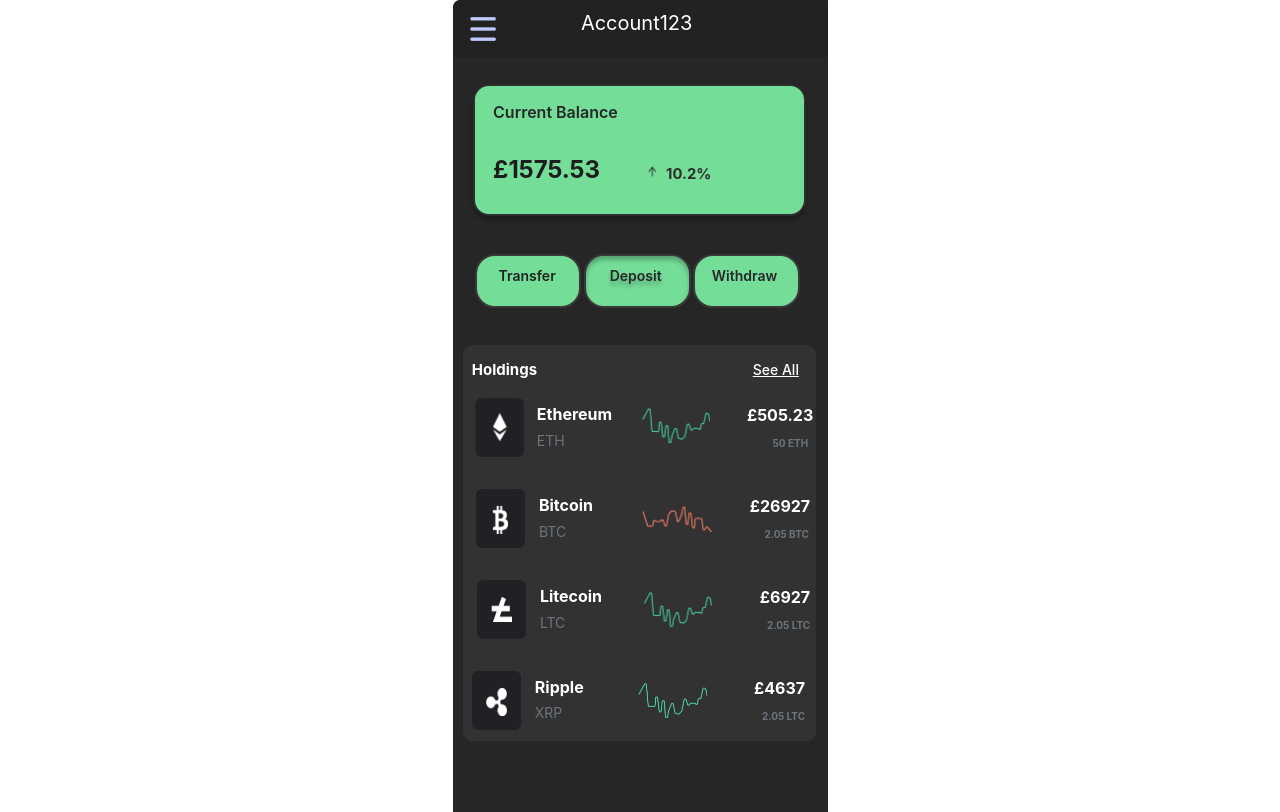
Repository: krishbains/CryptoWallet
Page: /
These files come from the project's save history. The page is drawn as it stood at one moment and after the next save; the edit follows.
The browser window is 1280 px wide. The pictures show the whole page.
The project was rebuilt for these pictures with package versions that can differ from the ones it lists, and the page was loaded fresh each time.

Above is the page before, as saved 2024-03-28 15:46:50.

### src/App.js
import './App.css';
import BasePage from './components/basepage/basepage';
// import StartingPage from './components/startingpage/startingpage';

function App() {
  return (
    <div className="App">
      <BasePage/>
      {/* <StartingPage/> */}
    </div>
  );
}

export default App;

### src/components/basepage/basepage.jsx
import React from 'react';
import "./base_page.css"

export default function BasePage() {
  return (
    <div className='main-container'>
      <div className='main-frame-background'>
        <div className='account-bar'>
          <span className='account'>Account123</span>
          <div className='vector' />
        </div>
        <div className='rectangle'>
          <div className='flex-column-be'>
            <span className='current-balance'>Current Balance</span>
            <span className='currency'>£1575.53</span>
          </div>
          <span className='percentage'>10.2%</span>
          <div className='arrow-up' />
        </div>
        <div className='flex-row-afb'>
          <div className='transfer-button'>
            <span className='transfer'>Transfer</span>
          </div>
          <div className='deposit-button'>
            <span className='deposit'>Deposit</span>
          </div>
          <div className='receive-button'>
            <span className='withdraw'>Withdraw</span>
          </div>
        </div>
        <div className='holdings-background'>
          <div className='flex-row'>
            <span className='holdings'>Holdings</span>
            <span className='see-all'>See All</span>
          </div>
          <div className='flex-row-fa'>
            <div className='eth-icon' />
            <span className='pound-amount'>£505.23</span>
            <span className='ethereum'>Ethereum</span>
            <div className='graph-eth' />
            <span className='eth'>ETH</span>
            <span className='eth-amount'>50 ETH</span>
          </div>
          <div className='flex-row-eed'>
            <div className='rectangle-1'>
              <div className='bitcoin-logo'>
                <div className='group'>
                  <div className='vector-2' />
                </div>
              </div>
            </div>
            <span className='pound-amount-3'>£26927</span>
            <span className='bitcoin'>Bitcoin</span>
            <div className='graph-btc' />
            <span className='btc'>BTC</span>
            <span className='btc-amount'>2.05 BTC</span>
          </div>
          <div className='flex-row-d'>
            <div className='rectangle-4'>
              <div className='vector-5' />
            </div>
            <span className='pound'>£6927</span>
            <span className='bitcoin-litecoin'>Litecoin</span>
            <div className='graph-eth-6' />
            <span className='ltc'>LTC</span>
            <span className='ltc-amount'>2.05 LTC</span>
          </div>
          <div className='flex-row-cdef'>
            <div className='rectangle-7'>
              <div className='xrp-alt'>
                <div className='xrp' />
              </div>
            </div>
            <span className='pound-8'>£4637</span>
            <span className='ripple'>Ripple</span>
            <div className='graph-eth-9' />
            <span className='btc-a'>XRP</span>
            <span className='ltc-b'>2.05 LTC</span>
          </div>
        </div>
      </div>
    </div>
  );
}

### src/components/basepage/base_page.css
:root {
  --default-font-family: -apple-system, BlinkMacSystemFont, "Segoe UI", Roboto,
    Ubuntu, "Helvetica Neue", Helvetica, Arial, "PingFang SC",
    "Hiragino Sans GB", "Microsoft Yahei UI", "Microsoft Yahei",
    "Source Han Sans CN", sans-serif;
}

.main-container {
  overflow: hidden;
}

.main-container,
.main-container * {
  box-sizing: border-box;
}

input,
select,
textarea,
button {
  outline: 0;
}

.main-container {
  position: relative;
  width: 375px;
  height: 812px;
  margin: 0 auto;
}
.main-frame-background {
  position: relative;
  width: 390px;
  height: 844px;
  margin: 0 0 0 0;
  background: #262626;
  z-index: 1;
  overflow: visible auto;
  border-radius: 7px;
}
.account-bar {
  position: relative;
  width: 375px;
  height: 58px;
  margin: 0 0 0 0;
  background: #222222;
  z-index: 3;
  border-radius: 7px 7px 0 0;
}
.account {
  display: flex;
  align-items: flex-start;
  justify-content: flex-start;
  position: absolute;
  height: 47.455px;
  top: 5.273px;
  left: 128.397px;
  color: #ffffff;
  font-family: Kantumruy, var(--default-font-family);
  font-size: 20px;
  font-weight: 400;
  line-height: 36.133px;
  text-align: left;
  white-space: nowrap;
  z-index: 4;
}
.vector {
  position: absolute;
  width: 7.07%;
  height: 40.91%;
  top: 29.55%;
  left: 4.62%;
  background: url(../assets/images/45246d70-5334-4404-8daa-30d76e51f1e5.png)
    no-repeat center;
  background-size: 100% 100%;
  z-index: 6;
}
.rectangle {
  position: relative;
  width: 333.22px;
  height: 131.818px;
  margin: 26.364px 0 0 20.38px;
  background: #74dd98;
  border: 2px solid #2e2e2e;
  z-index: 60;
  border-radius: 16px;
  box-shadow: 0 4px 4px 0 rgba(0, 0, 0, 0.25);
}
.flex-column-be {
  position: absolute;
  width: 40.67%;
  height: 76%;
  top: 10.48%;
  left: 5.52%;
  font-size: 0px;
  z-index: 65;
}
.current-balance {
  display: block;
  position: relative;
  height: 31.636px;
  margin: 0 0 0 0;
  color: #272727;
  font-family: Poppins, var(--default-font-family);
  font-size: 16px;
  font-weight: 600;
  line-height: 24px;
  text-align: left;
  white-space: nowrap;
  z-index: 65;
}
.currency {
  display: block;
  position: relative;
  height: 47.455px;
  margin: 21.091px 0 0 0;
  color: #1d1d1d;
  font-family: Poppins, var(--default-font-family);
  font-size: 24px;
  font-weight: 700;
  line-height: 36px;
  text-align: left;
  white-space: nowrap;
  z-index: 64;
}
.percentage {
  display: flex;
  align-items: center;
  justify-content: flex-start;
  position: absolute;
  height: 23.727px;
  top: 77.091px;
  right: 92.769px;
  color: #2e2e2e;
  font-family: Inter, var(--default-font-family);
  font-size: 14.819188117980957px;
  font-weight: 700;
  line-height: 17.935px;
  text-align: left;
  white-space: nowrap;
  z-index: 62;
}
.arrow-up {
  position: absolute;
  width: 3.68%;
  height: 12.04%;
  top: 60.34%;
  left: 52%;
  background: url(../assets/images/10aa10bc-5b7c-4b32-8284-2e646e5b7f8e.png)
    no-repeat center;
  background-size: 100% 100%;
  z-index: 63;
  overflow: hidden;
  border-radius: 16px;
}
.flex-row-afb {
  display: flex;
  align-items: center;
  justify-content: space-between;
  position: relative;
  width: 324.736px;
  height: 50.091px;
  margin: 39.545px 0 0 22.418px;
  z-index: 57;
}
.transfer-button {
  flex-shrink: 0;
  position: relative;
  width: 102.589px;
  height: 50.091px;
  background: #74dd98;
  border: 2px solid #393939;
  z-index: 57;
  border-radius: 20px;
  box-sizing: content-box;
}
.transfer {
  display: flex;
  align-items: flex-start;
  justify-content: flex-start;
  position: absolute;
  height: 25.045px;
  top: 11.864px;
  left: 21.702px;
  color: #222222;
  font-family: Inter, var(--default-font-family);
  font-size: 14px;
  font-weight: 600;
  line-height: 16.943px;
  text-align: left;
  white-space: nowrap;
  z-index: 58;
}
.deposit-button {
  flex-shrink: 0;
  position: relative;
  width: 102.589px;
  height: 50.091px;
  background: #74dd98;
  border: 2px solid #393939;
  z-index: 54;
  border-radius: 20px;
  box-sizing: content-box;
  box-shadow: 0 4px 4px 0 rgba(0, 0, 0, 0.25) inset;
}
.deposit {
  display: flex;
  align-items: flex-start;
  justify-content: flex-start;
  position: absolute;
  height: 25.045px;
  top: 11.864px;
  left: 23.674px;
  color: #28272a;
  font-family: Inter, var(--default-font-family);
  font-size: 14px;
  font-weight: 600;
  line-height: 16.943px;
  text-align: left;
  white-space: nowrap;
  z-index: 55;
  text-shadow: 0 4px 4px rgba(0, 0, 0, 0.25);
}
.receive-button {
  flex-shrink: 0;
  position: relative;
  width: 102.589px;
  height: 50.091px;
  background: #74dd98;
  border: 2px solid #393939;
  z-index: 51;
  border-radius: 20px;
  box-sizing: content-box;
}
.withdraw {
  display: flex;
  align-items: flex-start;
  justify-content: flex-start;
  position: absolute;
  height: 25.045px;
  top: 11.864px;
  left: 16.77px;
  color: #28272a;
  font-family: Inter, var(--default-font-family);
  font-size: 14px;
  font-weight: 600;
  line-height: 16.943px;
  text-align: left;
  white-space: nowrap;
  z-index: 52;
}
.holdings-background {
  position: relative;
  width: 353.601px;
  height: 395.455px;
  margin: 39.545px 0 0 10.19px;
  background: url(../assets/images/080edce0-6464-4538-901a-cff2fcb1b786.png)
    no-repeat center;
  background-size: cover;
  z-index: 46;
  overflow: visible auto;
}
.flex-row {
  display: flex;
  align-items: center;
  justify-content: space-between;
  position: relative;
  width: 327.106px;
  height: 26.364px;
  margin: 14.5px 0 0 9.171px;
  z-index: 48;
}
.holdings {
  flex-shrink: 0;
  position: relative;
  height: 26.364px;
  color: #ffffff;
  font-family: Poppins, var(--default-font-family);
  font-size: 15px;
  font-weight: 700;
  line-height: 20px;
  text-align: left;
  white-space: nowrap;
  z-index: 48;
}
.see-all {
  flex-shrink: 0;
  position: relative;
  height: 21.091px;
  color: #ffffff;
  font-family: Poppins, var(--default-font-family);
  font-size: 14px;
  font-weight: 500;
  line-height: 16px;
  text-align: left;
  text-decoration: underline;
  white-space: nowrap;
  z-index: 47;
}
.flex-row-fa {
  position: relative;
  width: 338.315px;
  height: 59.318px;
  margin: 11.864px 0 0 12.228px;
  z-index: 45;
}
.eth-icon {
  position: absolute;
  width: 14.46%;
  height: 100%;
  top: 0;
  left: 0;
  background: url(../assets/images/b7ec6f21-89a5-45ad-a6ac-5ef64cc5c58f.png)
    no-repeat center;
  background-size: 100% 100%;
  z-index: 44;
}
.pound-amount {
  display: flex;
  align-items: center;
  justify-content: flex-start;
  position: absolute;
  height: 31.636px;
  top: 1.318px;
  right: 0;
  color: #ffffff;
  font-family: Poppins, var(--default-font-family);
  font-size: 16px;
  font-weight: 700;
  line-height: 24px;
  text-align: left;
  white-space: nowrap;
  z-index: 41;
}
.ethereum {
  display: flex;
  align-items: flex-start;
  justify-content: flex-start;
  position: absolute;
  height: 53.33%;
  top: 6.67%;
  left: 18.31%;
  color: #ffffff;
  font-family: Poppins, var(--default-font-family);
  font-size: 16px;
  font-weight: 700;
  line-height: 24px;
  text-align: left;
  white-space: nowrap;
  z-index: 43;
}
.graph-eth {
  position: absolute;
  width: 68.054px;
  height: 34.744px;
  top: 10.34px;
  left: 167.178px;
  background: url(../assets/images/f28026c0-2074-47fa-8fcf-f2ae30d66aa1.png)
    no-repeat center;
  background-size: cover;
  z-index: 45;
}
.eth {
  display: flex;
  align-items: flex-start;
  justify-content: flex-start;
  position: absolute;
  height: 46.67%;
  top: 53.33%;
  left: 18.31%;
  color: #6c757d;
  font-family: Poppins, var(--default-font-family);
  font-size: 14px;
  font-weight: 400;
  line-height: 21px;
  text-align: left;
  white-space: nowrap;
  z-index: 42;
}
.eth-amount {
  display: flex;
  align-items: center;
  justify-content: flex-start;
  position: absolute;
  height: 19.773px;
  top: 35.591px;
  right: 5.095px;
  color: #6c757d;
  font-family: Poppins, var(--default-font-family);
  font-size: 10px;
  font-weight: 700;
  line-height: 15px;
  text-align: left;
  white-space: nowrap;
  z-index: 40;
}
.flex-row-eed {
  position: relative;
  width: 334.239px;
  height: 59.318px;
  margin: 31.636px 0 0 13.247px;
  z-index: 35;
}
.rectangle-1 {
  position: absolute;
  width: 48.913px;
  height: 59.318px;
  top: 0;
  left: 0;
  background: #212125;
  z-index: 34;
  border-radius: 6px;
}
.bitcoin-logo {
  position: relative;
  width: 22.418px;
  height: 29px;
  margin: 15.818px 0 0 13.247px;
  z-index: 36;
  overflow: hidden;
}
.group {
  position: relative;
  width: 16.199px;
  height: 29px;
  margin: 0 0 0 3.109px;
  z-index: 37;
}
.vector-2 {
  position: absolute;
  width: 100%;
  height: 100%;
  top: 0;
  left: 0;
  background: url(../assets/images/91116894-a53a-42bc-a648-6d4736a95ef9.png)
    no-repeat center;
  background-size: 100% 100%;
  z-index: 38;
}
.pound-amount-3 {
  display: flex;
  align-items: center;
  justify-content: flex-start;
  position: absolute;
  height: 31.636px;
  top: 1.318px;
  right: 0;
  color: #ffffff;
  font-family: Poppins, var(--default-font-family);
  font-size: 16px;
  font-weight: 700;
  line-height: 24px;
  text-align: left;
  white-space: nowrap;
  z-index: 29;
}
.bitcoin {
  display: flex;
  align-items: flex-start;
  justify-content: flex-start;
  position: absolute;
  height: 53.33%;
  top: 6.67%;
  left: 18.85%;
  color: #ffffff;
  font-family: Poppins, var(--default-font-family);
  font-size: 16px;
  font-weight: 700;
  line-height: 24px;
  text-align: left;
  white-space: nowrap;
  z-index: 32;
}
.graph-btc {
  position: absolute;
  width: 69.773px;
  height: 25.811px;
  top: 16.871px;
  left: 166.11px;
  background: url(../assets/images/b357d26c-909c-44e7-9281-c4edeaf9df15.png)
    no-repeat center;
  background-size: cover;
  z-index: 35;
}
.btc {
  display: flex;
  align-items: flex-start;
  justify-content: flex-start;
  position: absolute;
  height: 46.67%;
  top: 53.33%;
  left: 18.85%;
  color: #6c757d;
  font-family: Poppins, var(--default-font-family);
  font-size: 14px;
  font-weight: 400;
  line-height: 21px;
  text-align: left;
  white-space: nowrap;
  z-index: 31;
}
.btc-amount {
  display: flex;
  align-items: center;
  justify-content: flex-start;
  position: absolute;
  height: 19.773px;
  top: 35.591px;
  right: 1.235px;
  color: #6c757d;
  font-family: Poppins, var(--default-font-family);
  font-size: 10px;
  font-weight: 700;
  line-height: 15px;
  text-align: left;
  white-space: nowrap;
  z-index: 30;
}
.flex-row-d {
  position: relative;
  width: 333.22px;
  height: 59.318px;
  margin: 31.636px 0 0 14.266px;
  z-index: 26;
}
.rectangle-4 {
  position: absolute;
  width: 48.913px;
  height: 59.318px;
  top: 0;
  left: 0;
  background: #212125;
  z-index: 26;
  border-radius: 6px;
}
.vector-5 {
  position: relative;
  width: 20.38px;
  height: 26.364px;
  margin: 15.818px 0 0 14.266px;
  background: url(../assets/images/54097542-4e6a-4b7e-aa89-15c2462a3a01.png)
    no-repeat center;
  background-size: 100% 100%;
  z-index: 27;
}
.pound {
  display: flex;
  align-items: center;
  justify-content: flex-start;
  position: absolute;
  height: 31.636px;
  top: 1.318px;
  right: 0;
  color: #ffffff;
  font-family: Poppins, var(--default-font-family);
  font-size: 16px;
  font-weight: 700;
  line-height: 24px;
  text-align: left;
  white-space: nowrap;
  z-index: 21;
}
.bitcoin-litecoin {
  display: flex;
  align-items: flex-start;
  justify-content: flex-start;
  position: absolute;
  height: 53.33%;
  top: 6.67%;
  left: 18.9%;
  color: #ffffff;
  font-family: Poppins, var(--default-font-family);
  font-size: 16px;
  font-weight: 700;
  line-height: 24px;
  text-align: left;
  white-space: nowrap;
  z-index: 24;
}
.graph-eth-6 {
  position: absolute;
  width: 68.054px;
  height: 34.744px;
  top: 12.411px;
  left: 166.619px;
  background: url(../assets/images/5a5ba27f-919b-4bf2-a698-b63f6a62aeda.png)
    no-repeat center;
  background-size: cover;
  z-index: 20;
}
.ltc {
  display: flex;
  align-items: flex-start;
  justify-content: flex-start;
  position: absolute;
  height: 46.67%;
  top: 53.33%;
  left: 18.9%;
  color: #6c757d;
  font-family: Poppins, var(--default-font-family);
  font-size: 14px;
  font-weight: 400;
  line-height: 21px;
  text-align: left;
  white-space: nowrap;
  z-index: 23;
}
.ltc-amount {
  display: flex;
  align-items: center;
  justify-content: flex-start;
  position: absolute;
  height: 19.773px;
  top: 35.591px;
  right: 0px;
  color: #6c757d;
  font-family: Poppins, var(--default-font-family);
  font-size: 10px;
  font-weight: 700;
  line-height: 15px;
  text-align: left;
  white-space: nowrap;
  z-index: 22;
}
.flex-row-cdef {
  position: relative;
  width: 333.22px;
  height: 59.318px;
  margin: 31.636px 0 0 9.171px;
  z-index: 16;
}
.rectangle-7 {
  position: absolute;
  width: 48.913px;
  height: 59.318px;
  top: 0;
  left: 0;
  background: #212125;
  z-index: 16;
  border-radius: 6px;
}
.xrp-alt {
  position: relative;
  width: 22.418px;
  height: 29px;
  margin: 15.818px 0 0 13.247px;
  z-index: 17;
  overflow: hidden;
}
.xrp {
  position: relative;
  width: 21.219px;
  height: 28.881px;
  margin: 0.12px 0 0 0.59px;
  background: url(../assets/images/051f1be4-0ac0-4825-8185-528ab2f2c210.png)
    no-repeat center;
  background-size: 100% 100%;
  z-index: 18;
}
.pound-8 {
  display: flex;
  align-items: center;
  justify-content: flex-start;
  position: absolute;
  height: 31.636px;
  top: 1.318px;
  right: 0px;
  color: #ffffff;
  font-family: Poppins, var(--default-font-family);
  font-size: 16px;
  font-weight: 700;
  line-height: 24px;
  text-align: left;
  white-space: nowrap;
  z-index: 11;
}
.ripple {
  display: flex;
  align-items: flex-start;
  justify-content: flex-start;
  position: absolute;
  height: 53.33%;
  top: 6.67%;
  left: 18.9%;
  color: #ffffff;
  font-family: Poppins, var(--default-font-family);
  font-size: 16px;
  font-weight: 700;
  line-height: 24px;
  text-align: left;
  white-space: nowrap;
  z-index: 14;
}
.graph-eth-9 {
  position: absolute;
  width: 68.054px;
  height: 34.744px;
  top: 12.411px;
  left: 166.619px;
  background: url(../assets/images/47c54188-5354-4b07-969a-d62b24e173eb.png)
    no-repeat center;
  background-size: cover;
  z-index: 10;
}
.btc-a {
  display: flex;
  align-items: flex-start;
  justify-content: flex-start;
  position: absolute;
  height: 46.67%;
  top: 53.33%;
  left: 18.9%;
  color: #6c757d;
  font-family: Poppins, var(--default-font-family);
  font-size: 14px;
  font-weight: 400;
  line-height: 21px;
  text-align: left;
  white-space: nowrap;
  z-index: 13;
}
.ltc-b {
  display: flex;
  align-items: center;
  justify-content: flex-start;
  position: absolute;
  height: 19.773px;
  top: 35.591px;
  right: 0;
  color: #6c757d;
  font-family: Poppins, var(--default-font-family);
  font-size: 10px;
  font-weight: 700;
  line-height: 15px;
  text-align: left;
  white-space: nowrap;
  z-index: 12;
}

Loaded but not shown: public/index.html (common file); src/index.js (common file); src/index.css (common file); src/reportWebVitals.js (common file); src/App.css (common file)

After the next save:
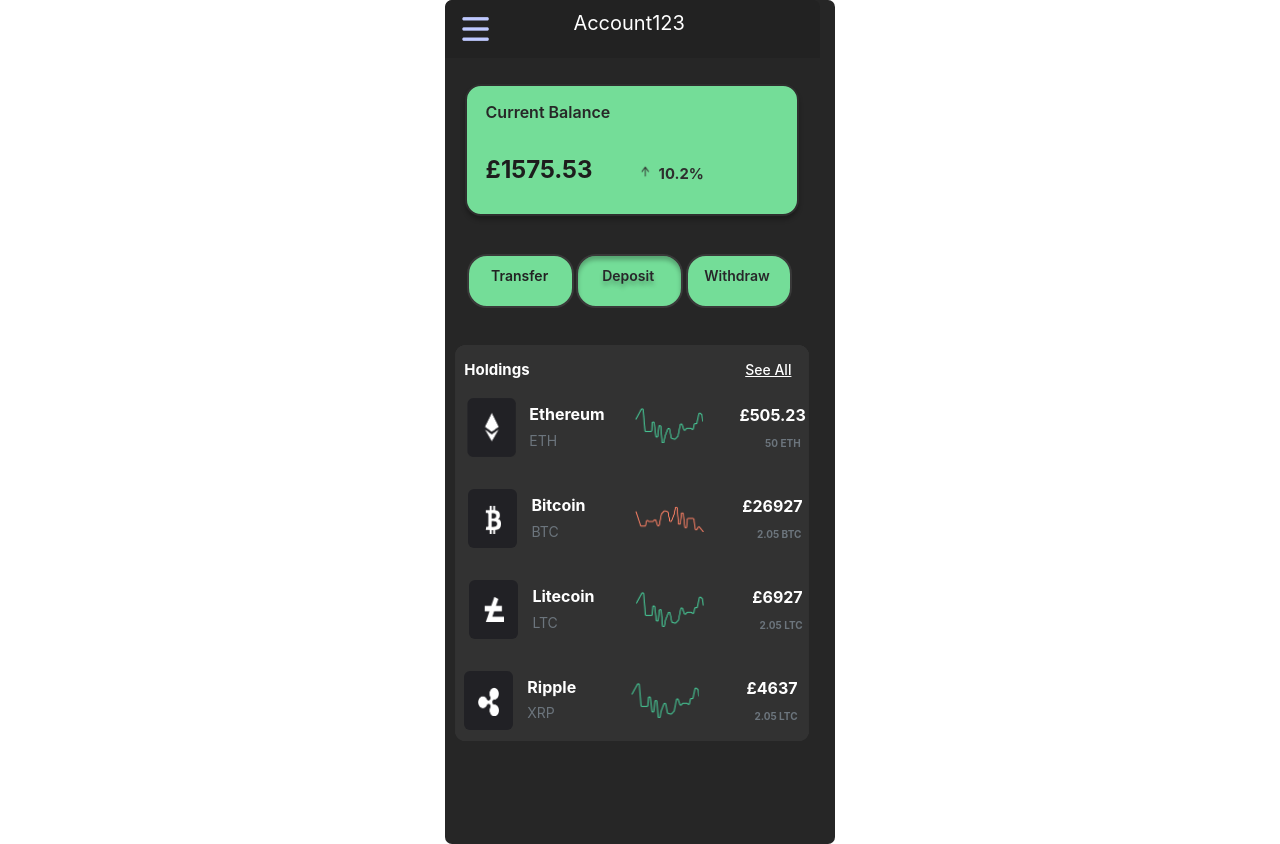
Saved 55 s later.
--- a/src/components/basepage/base_page.css
+++ b/src/components/basepage/base_page.css
@@ -23,8 +23,8 @@ button {
 
 .main-container {
   position: relative;
-  width: 375px;
-  height: 812px;
+  width: 390px;
+  height: 844px;
   margin: 0 auto;
 }
 .main-frame-background {
